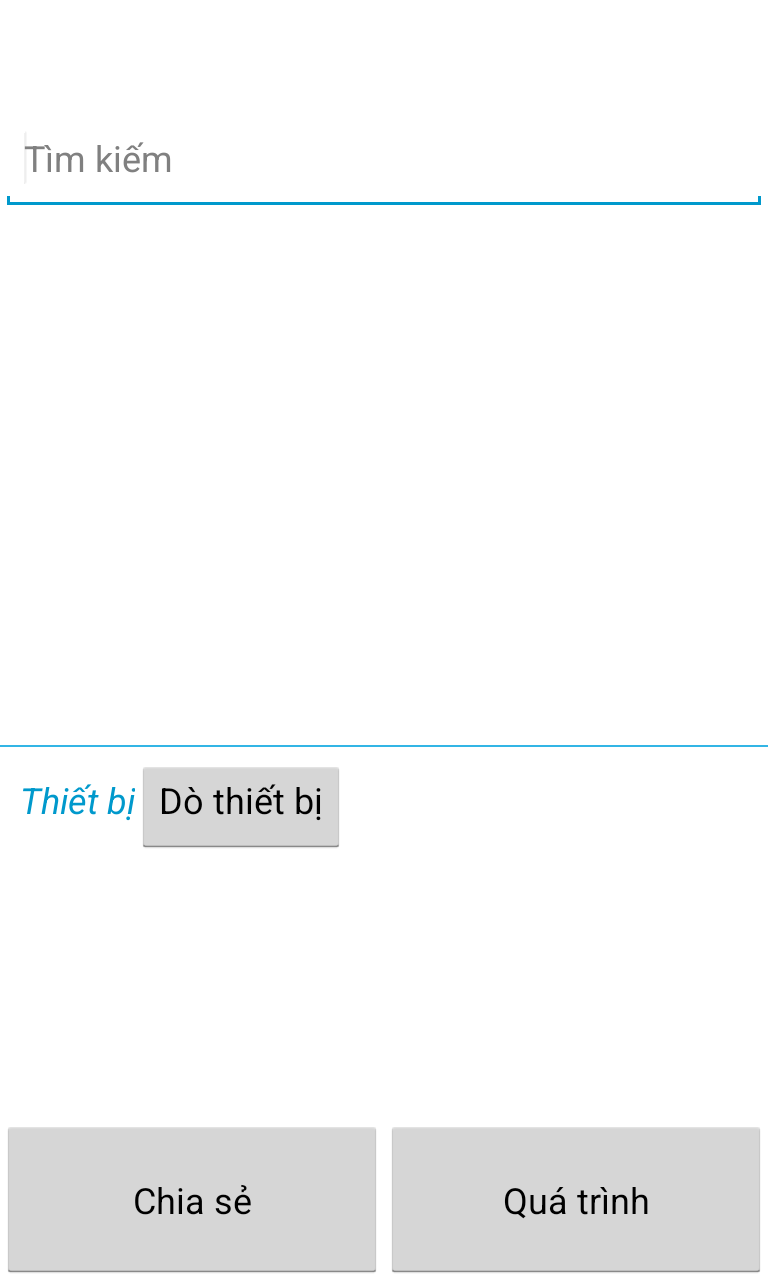
Repository: thinhnk55/android-appshare
Layout: ShareApp/res/layout/activity_main.xml
These files come from the project's save history. The layout is drawn as it stood at one moment and after the next save; the edit follows.
It is drawn on a 768 x 1280 px phone screen (xhdpi) without system bars, with theme AppTheme; the app's code is not run.

Above is the layout before, as saved 2014-07-17 15:39:15.

After the next save:
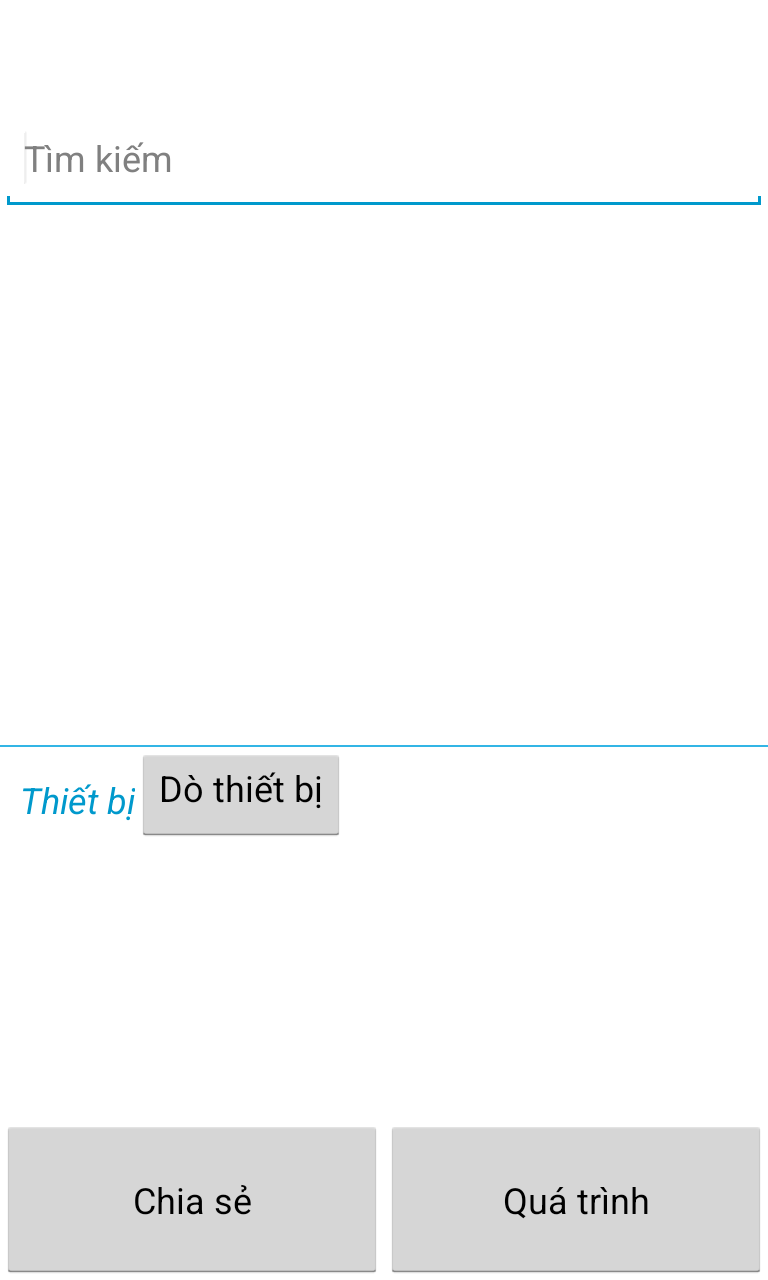
Saved 12 s later.
--- a/ShareApp/res/layout/activity_main.xml
+++ b/ShareApp/res/layout/activity_main.xml
@@ -69,6 +69,7 @@
                     android:id="@+id/btScan"
                     android:layout_width="wrap_content"
                     android:layout_height="wrap_content"
+                    android:layout_gravity="right"
                     android:gravity="right"
                     android:text="@string/scan" />
 
